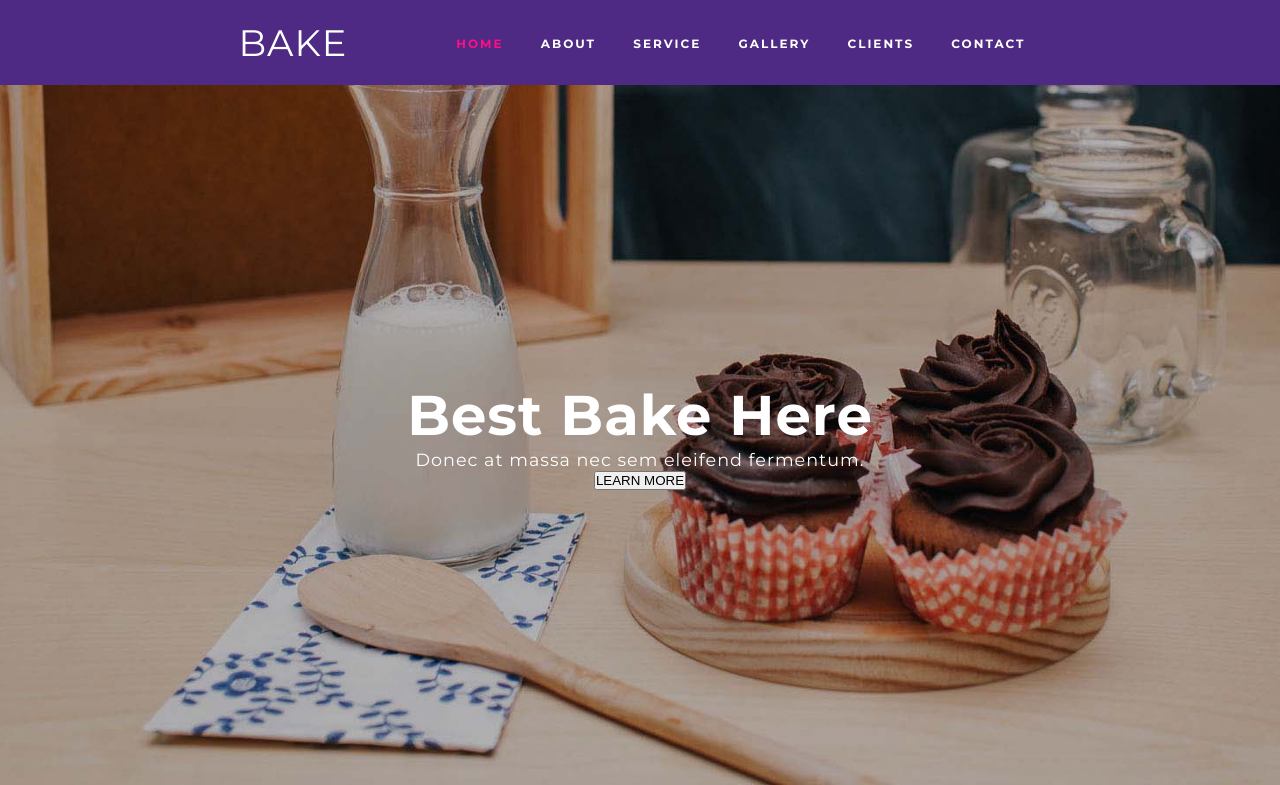
Repository: ducdatit2002/bake-cake
Page: index.html
An editor plug-in stored every save of this project. The page is shown before and after a run of saves, followed by the edit.
The browser window is 1280 px wide. The pictures show the whole page.

Above is the page before, as saved 2023-07-13 00:20:28.

After the next 2 saves:
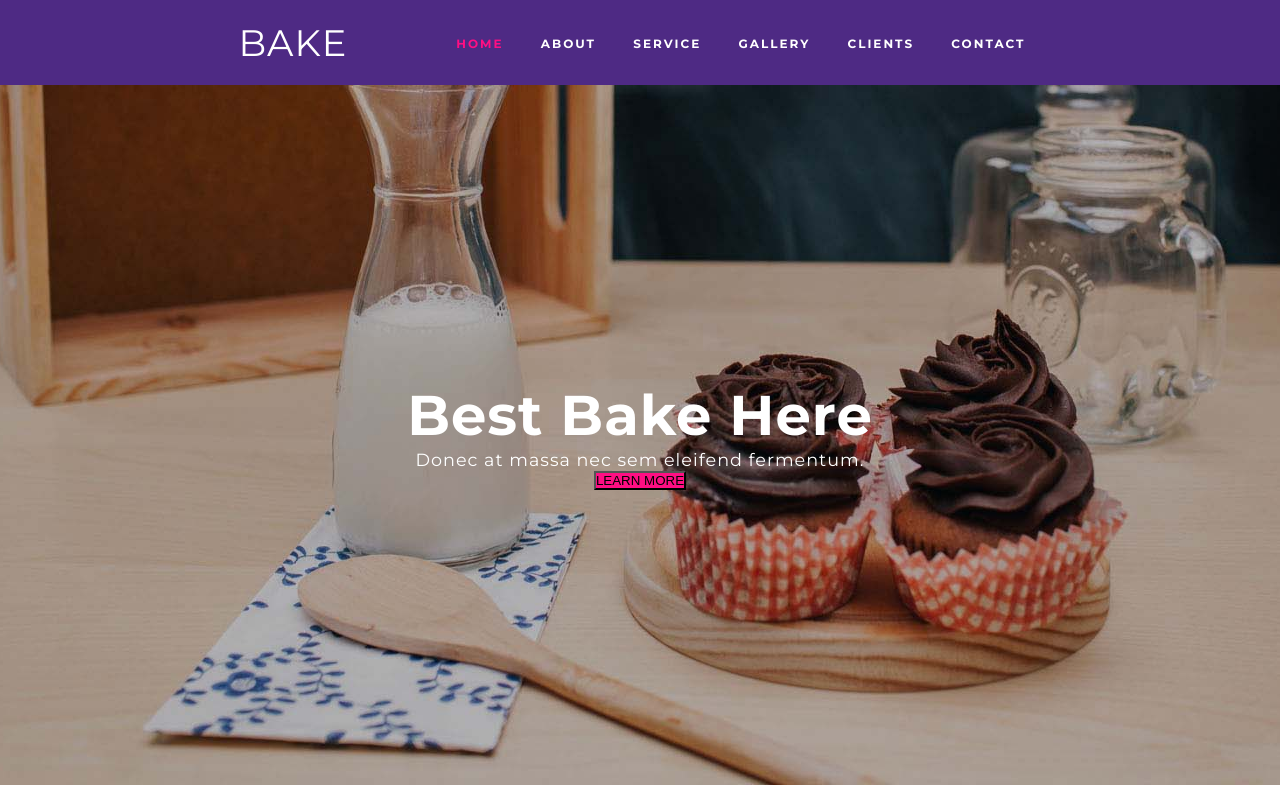
The 2 saves are shown as one change because they came seconds apart.
The last was saved 7 s later.
--- a/index.css
+++ b/index.css
@@ -17,7 +17,8 @@ body {
     letter-spacing: 1px;
 }
 button {
-    background-color: ;
+    background-color: #ff0e83;
+
 }
 /* HEADER */
 header {
